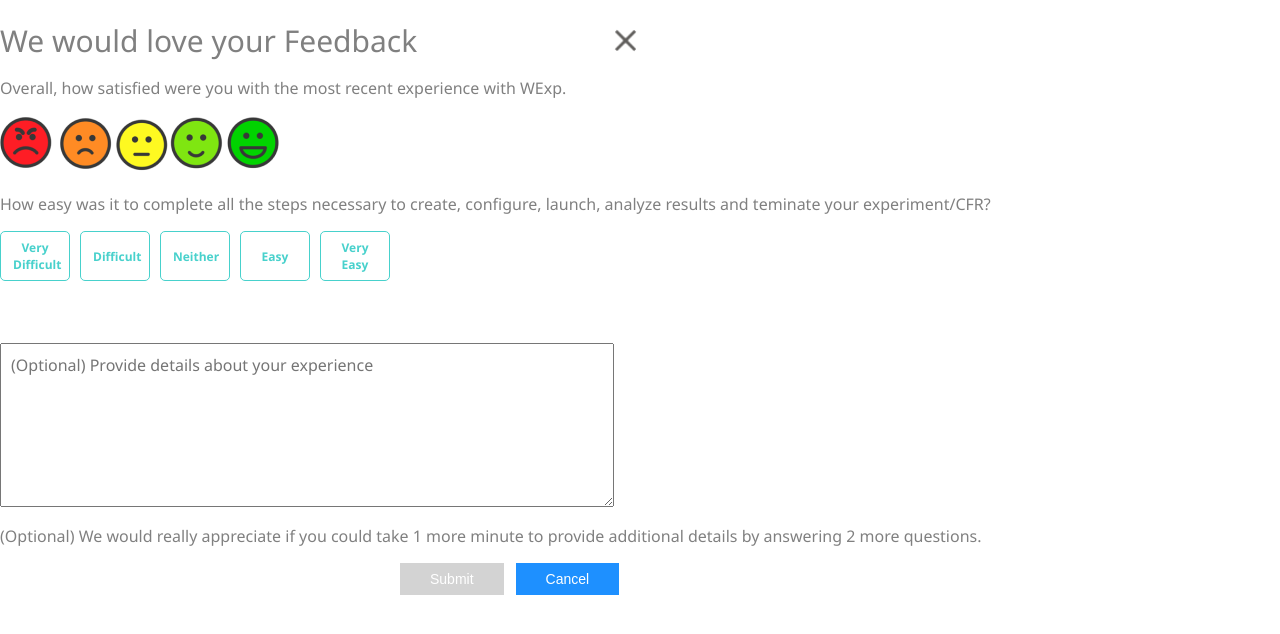
Repository: msfinnan/react-mobx-feedback-form
Page: /
The author's editor kept a copy of each file at every save. The page is drawn from the files as they stood at one save, then again after the next save.
The browser window is 1280 px wide. The pictures show the whole page.
The project was rebuilt for these pictures with package versions that can differ from the ones it lists, and the page was loaded fresh each time.

Above is the page before, as saved 2019-08-27 15:03:34.

After the next save:
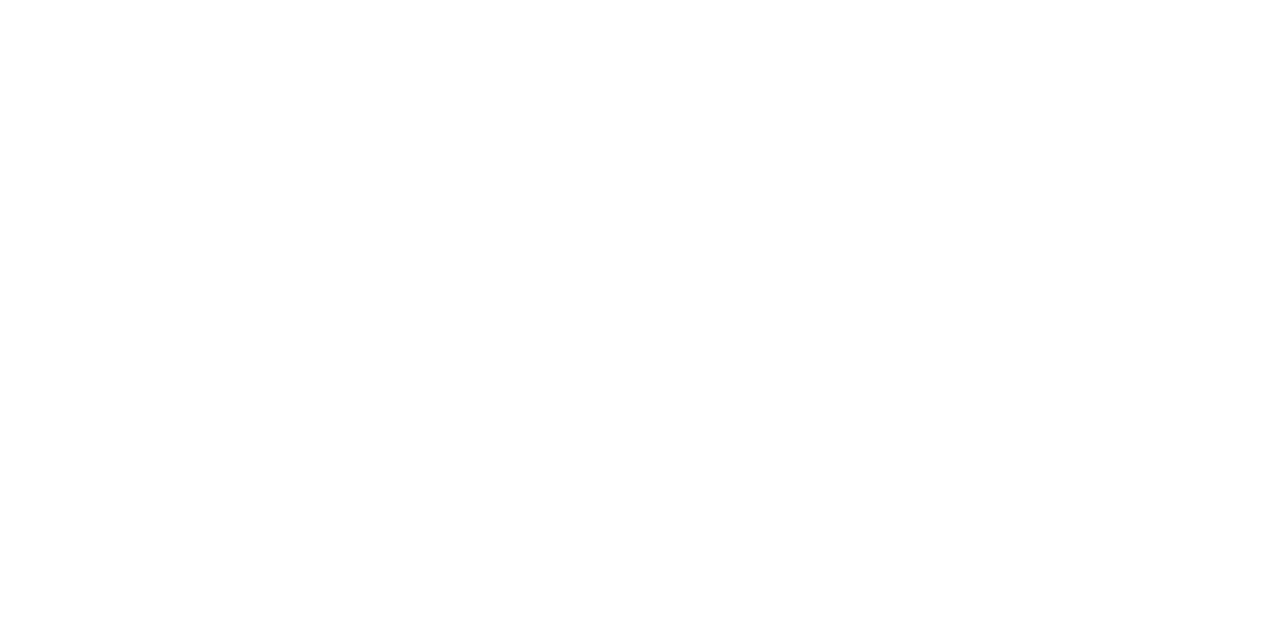
Console error: ReferenceError: action is not defined
Saved 94 s later.
--- a/src/Components/DifficultyButton.tsx
+++ b/src/Components/DifficultyButton.tsx
@@ -19,10 +19,10 @@
         this.props.buttonStore.difficultyButtonClicked = false;
     }
 
-    // @action
-    // private onButtonClick = (): void => {
-    //     this.buttonClicked = !this.buttonClicked;
-    // };
+    @action
+    private onButtonClick = (): void => {
+        this.props.buttonStore.difficultyButtonClicked = !this.props.buttonStore.difficultyButtonClicked
+    };
 
 
 
@@ -31,7 +31,7 @@
             <button
                 className={this.props.buttonStore.difficultyButtonClicked ? "difficulty-button-clicked": "difficulty-button" }
                 type="button"
-                onClick={ this.props.buttonStore.onButtonClick }>
+                onClick={ this.onButtonClick}>
                 { this.props.buttonText }
             </button>
         );

After the save that followed:
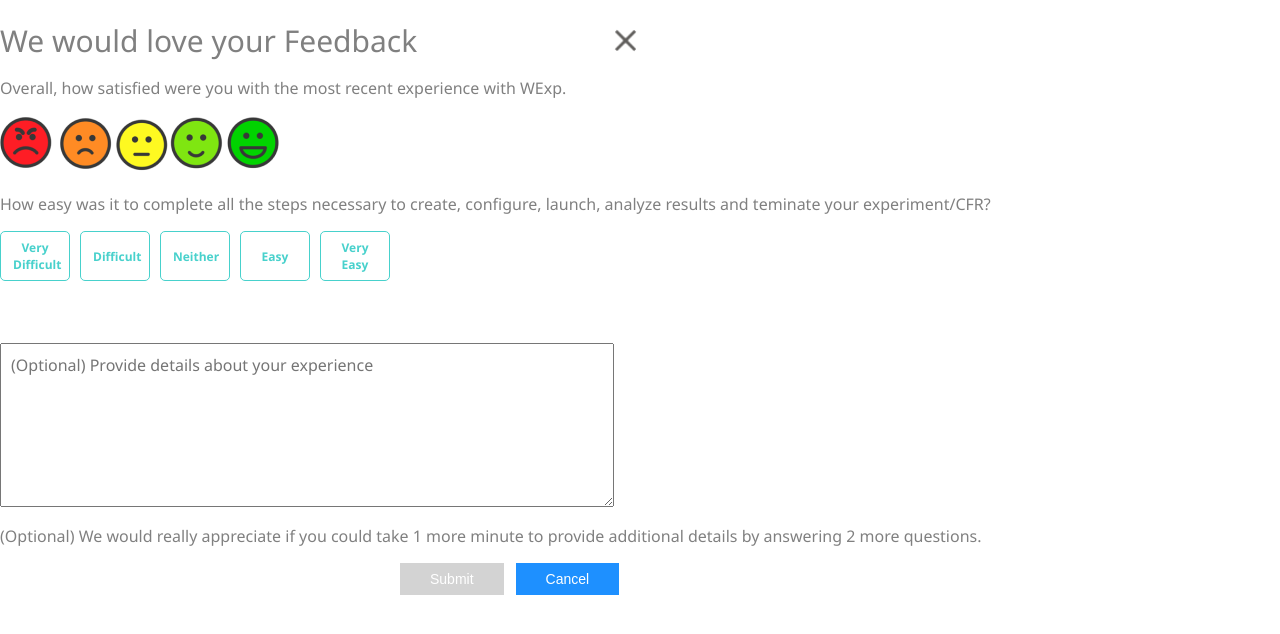
The error is gone.
Saved 21 s later.
--- a/src/Components/DifficultyButton.tsx
+++ b/src/Components/DifficultyButton.tsx
@@ -1,6 +1,6 @@
 import * as React from 'react';
 import { observer, inject } from 'mobx-react'
-import { observable } from 'mobx';
+import { observable, action } from 'mobx';
 import { ButtonStore } from '../stores/ButtonStore';
 
 
